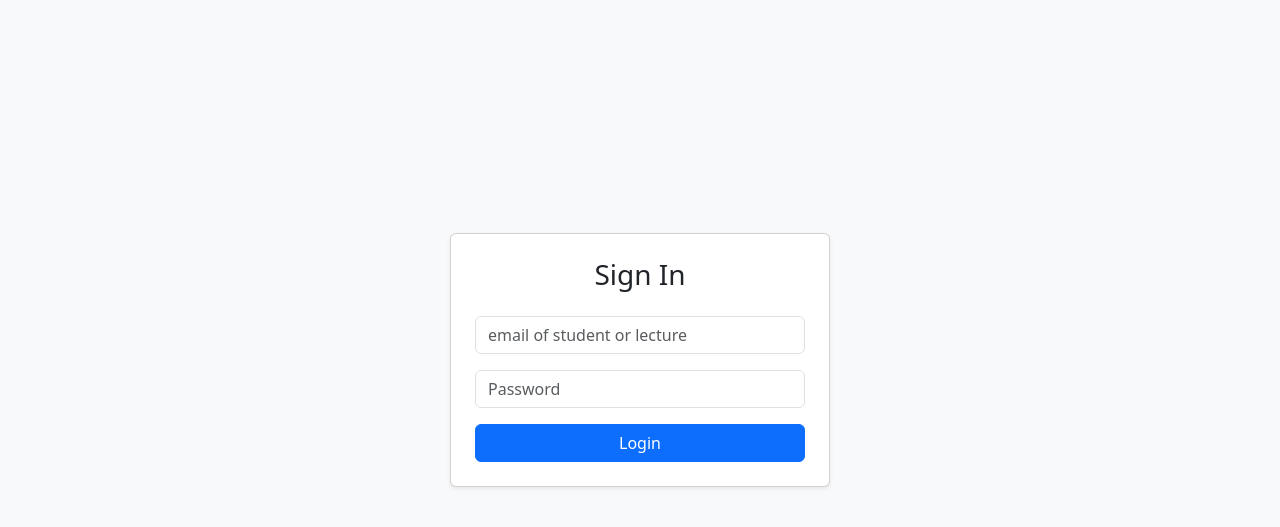
Repository: duyndhe195099/fer202_lab5_6_he195099
Page: /
An editor plug-in stored every save of this project. The page is shown before and after the next save, followed by the edit.
The browser window is 1280 px wide. The pictures show the whole page.
The project was rebuilt for these pictures with package versions that can differ from the ones it lists, and the page was loaded fresh each time. Also part of the build but not shown: src/components/ProtectedRoute.js, src/pages/Subjects.js, src/components/QuestionModal.js, src/pages/Questions.js.

Above is the page before, as saved 2026-11-06 10:44:51.

After the next save:
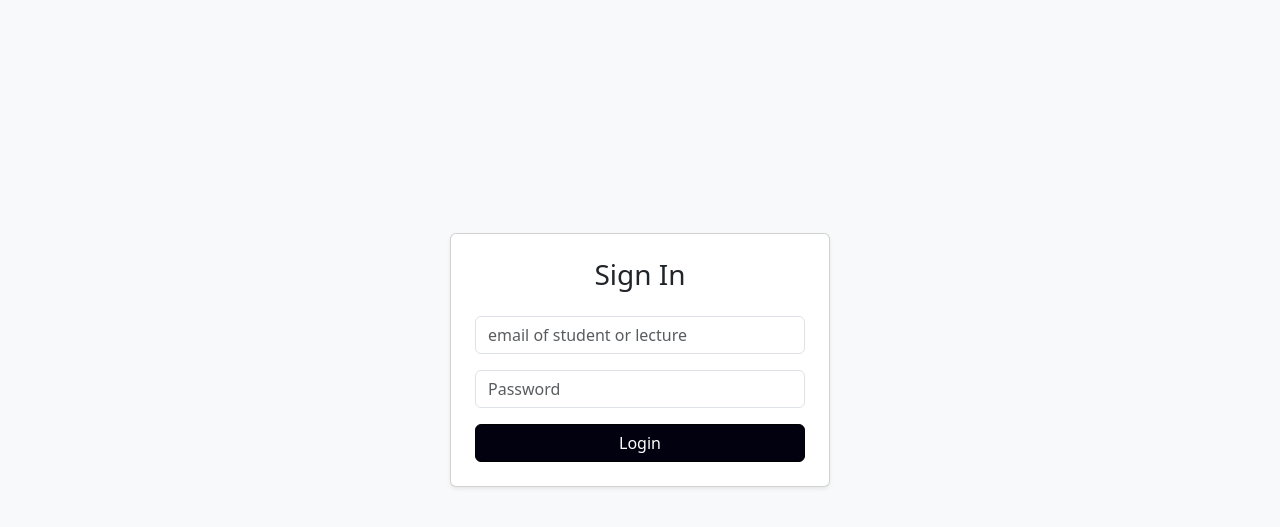
Saved 20 min 24 s later.
--- a/src/pages/Login.js
+++ b/src/pages/Login.js
@@ -12,7 +12,7 @@ export default function Login() {
   const [loading, setLoading] = useState(false);
 
   const handleSubmit = async (e) => {
-    e.preventDefault(); // chặn trình duyệt tải lại trang khi submit form
+    e.preventDefault(); //
     setError('');
 
     if (!email.trim() || !password) {
@@ -22,7 +22,7 @@ export default function Login() {
 
     setLoading(true);
     try {
-      // Tìm tài khoản theo email trong bảng accounts của mock API
+
       const { data } = await api.get('/accounts', { params: { email: email.trim() } });
       const account = data.find((a) => a.password === password);
 
@@ -31,14 +31,13 @@ export default function Login() {
         return;
       }
 
-      // Tài khoản bị khóa: từ chối hoàn toàn. So sánh không phân biệt hoa/thường
-      // vì dữ liệu có cả "Inactive" lẫn "active".
+
       if (String(account.status).toLowerCase() === 'inactive') {
         setError('Tài khoản đã bị khóa');
         return;
       }
 
-      // Đăng nhập thành công: lưu session (không lưu mật khẩu) rồi sang trang môn học
+
       saveSession({
         id: account.id,
         email: account.email,
@@ -71,7 +70,7 @@ export default function Login() {
             </Form.Group>
 
             <Form.Group className="mb-3" controlId="password">
-              {/* type="password": ký tự hiển thị dạng dấu chấm */}
+
               <Form.Control
                 type="password"
                 placeholder="Password"
@@ -81,12 +80,14 @@ export default function Login() {
               />
             </Form.Group>
 
-            {/* Thông báo lỗi màu đỏ (text-danger) */}
+
             {error && <p className="text-danger mb-3">{error}</p>}
 
-            <Button type="submit" variant="primary" className="w-100" disabled={loading}>
-              Login
-            </Button>
+
+              <Button type="submit" style={{ backgroundColor: '#02010f', borderColor: '#000000' }} className="w-100">
+  Login
+</Button>
+
           </Form>
         </Card.Body>
       </Card>
